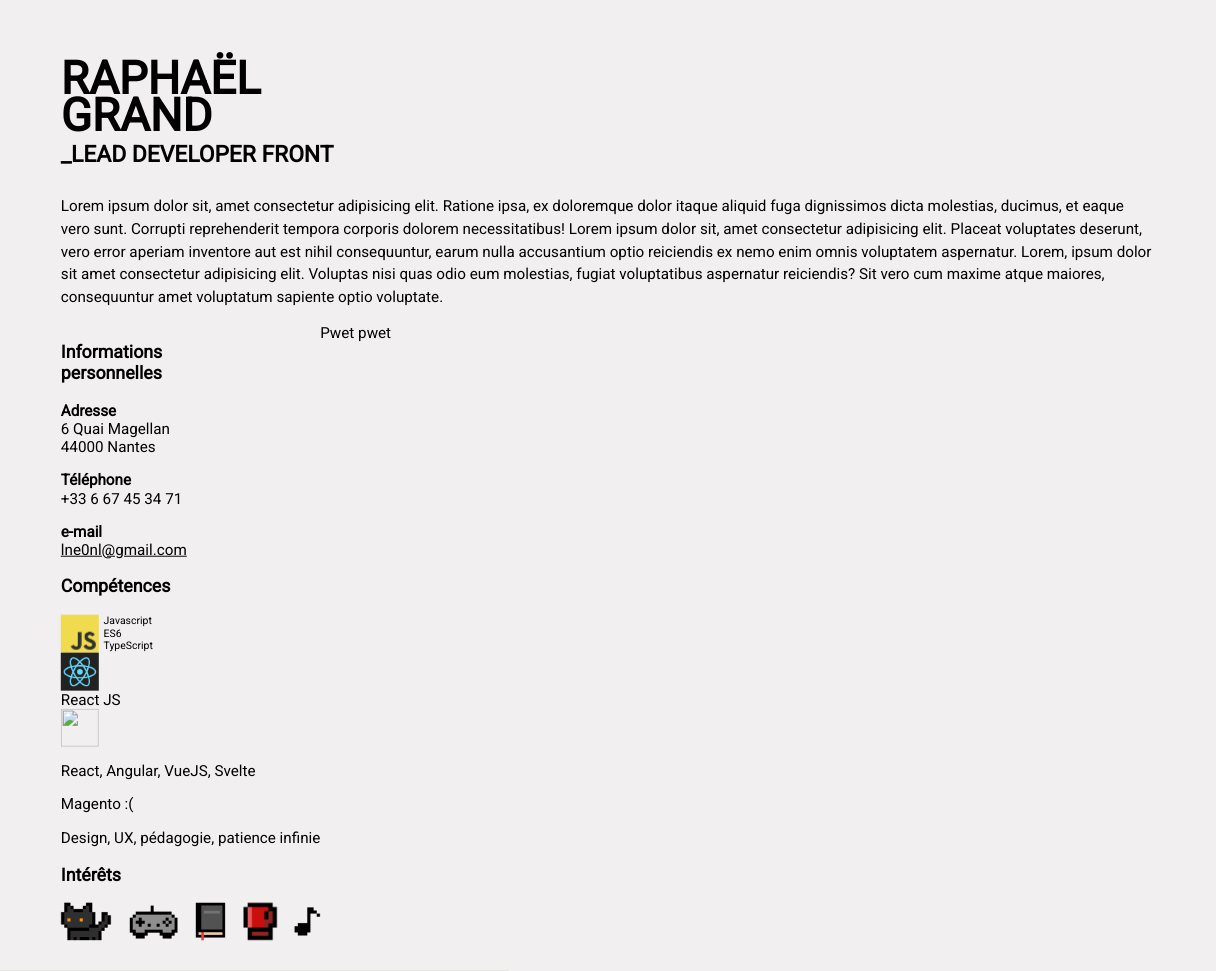
Repository: lne0nl/resume
Page: index.html
The author's editor kept a copy of each file at every save. The page is drawn from the files as they stood at one save, then again after the next save.
The browser window is 1280 px wide. The pictures show the whole page, at 95% of full size.
Pictures or frames that could not be fetched are drawn as grey boxes.

Above is the page before, as saved 2021-12-10 11:26:21.

### index.html
<!DOCTYPE html>
<html lang="fr">
  <head>
    <meta charset="UTF-8" />
    <meta http-equiv="X-UA-Compatible" content="IE=edge" />
    <meta name="viewport" content="width=device-width, initial-scale=1.0" />
    <link rel="preconnect" href="https://fonts.googleapis.com" />
    <link rel="preconnect" href="https://fonts.gstatic.com" crossorigin />
    <link
      href="https://fonts.googleapis.com/css2?family=Roboto&display=swap"
      rel="stylesheet"
    />
    <link rel="stylesheet" type="text/css" href="style.css" />
    <title>CV Raphaël GRAND</title>
  </head>
  <body>
    <header>
      <h1>Raphaël<br />GRAND</h1>
      <h2>_Lead developer front</h2>
      <p class="bio">
        Lorem ipsum dolor sit, amet consectetur adipisicing elit. Ratione ipsa,
        ex doloremque dolor itaque aliquid fuga dignissimos dicta molestias,
        ducimus, et eaque vero sunt. Corrupti reprehenderit tempora corporis
        dolorem necessitatibus! Lorem ipsum dolor sit, amet consectetur
        adipisicing elit. Placeat voluptates deserunt, vero error aperiam
        inventore aut est nihil consequuntur, earum nulla accusantium optio
        reiciendis ex nemo enim omnis voluptatem aspernatur. Lorem, ipsum dolor
        sit amet consectetur adipisicing elit. Voluptas nisi quas odio eum
        molestias, fugiat voluptatibus aspernatur reiciendis? Sit vero cum
        maxime atque maiores, consequuntur amet voluptatum sapiente optio
        voluptate.
      </p>
    </header>
    <div class="core">
      <section class="infos">
        <article>
          <h3>Informations<br />personnelles</h3>
          <ul>
            <li title="address">
              <b>Adresse</b><br />
              6 Quai Magellan<br />44000 Nantes
            </li>
            <li title="phone">
              <b>Téléphone</b><br />
              +33 6 67 45 34 71
            </li>
            <li title="mail">
              <b>e-mail</b><br />
              <a href="mailto:lne0nl@gmail.com">lne0nl@gmail.com</a>
            </li>
          </ul>
        </article>
        <article>
          <h3>Compétences</h3>
          <div class="skills">
            <img class="logo" src="images/js.png" alt="Javascript" title="Javascript">
            Javascript<br>ES6<br>TypeScript<br>
          </div>
          <div class="frameworks">
            <img class="logo" src="images/react.png" alt="React Js" title="React Js">
            React JS
            <img class="logo" src=""
          </div>
          <ul>
            <li>
            </li>
            <li>React, Angular, VueJS, Svelte</li>
            <li>Magento :(</li>
            <li>Design, UX, pédagogie, patience infinie</li>
          </ul>
        </article>
        <article>
          <h3>Intérêts</h3>
          <div class="interests">
            <img class="cat" src="images/cat.png" alt="animals" title="Animaux">
            <img class="pad" src="images/pad.png" alt="video games" title="Jeux Vidéo">
            <img class="book" src="images/book.png" alt="book" title="Littérature">
            <img class="glove" src="images/gloves.png" alt="boxing gloves" title="Boxe Française">
            <img class="note" src="images/music.png" alt="music" title="Musique">
          </div>
          <!-- <ul class="interests">
            <li title="Animaux"><img src="images/cat.png" alt="animals"></li>
            <li title="Jeux vidéo"><img src="images/pad.png" alt="video games"></li>
            <li title="Littérature">Littérature</li>
            <li title="Musique">Musique</li>
            <li title="Boxe Française">Boxe Française</li>
          </ul> -->
        </article>
      </section>
      <section class="resume">Pwet pwet</section>
    </div>
  </body>
</html>

### style.css
html {
  background-color: grey;
}

body {
  margin: 0 auto;
  padding: 2rem 4rem;
  max-width: 1280px;
  background-color: #f1efef;
  font-family: 'Roboto', sans-serif;
}

header {
  position: relative;
}

h1 {
  font-size: 3rem;
  line-height: 0.8;
  text-transform: uppercase;
}

h2 {
  text-align: right;
  position: absolute;
  top: 4rem;
  text-transform: uppercase;
}

a {
  text-decoration: underline;
  color: inherit;
}

a:visited {
  color: inherit;
}

.bio {
  padding-top: 2rem;
  line-height: 1.5;
}

ul {
  list-style: none;
  margin: 0;
  padding: 0;
}

li {
  margin-bottom: 1rem;
}

.core {
  display: flex;
}

.resume {
  flex: 1;
  /* background-color: yellow; */
}

.interests {
  display: flex;
  justify-content: space-between;
  align-items: center;
}

.interests img {
  margin-bottom: 0;
}

.cat {
  height: 40px;
}

.pad {
  height: 35px;
}

.book {
  height: 40px;
}

.glove {
  height: 40px;
}

.note {
  height: 30px;
}

.skills {
  font-size: 11px;
  display: flex;
}

.logo {
  display: block;
  margin-right: 5px;
  width: 40px;
  height: 40px;
}

After the next save:
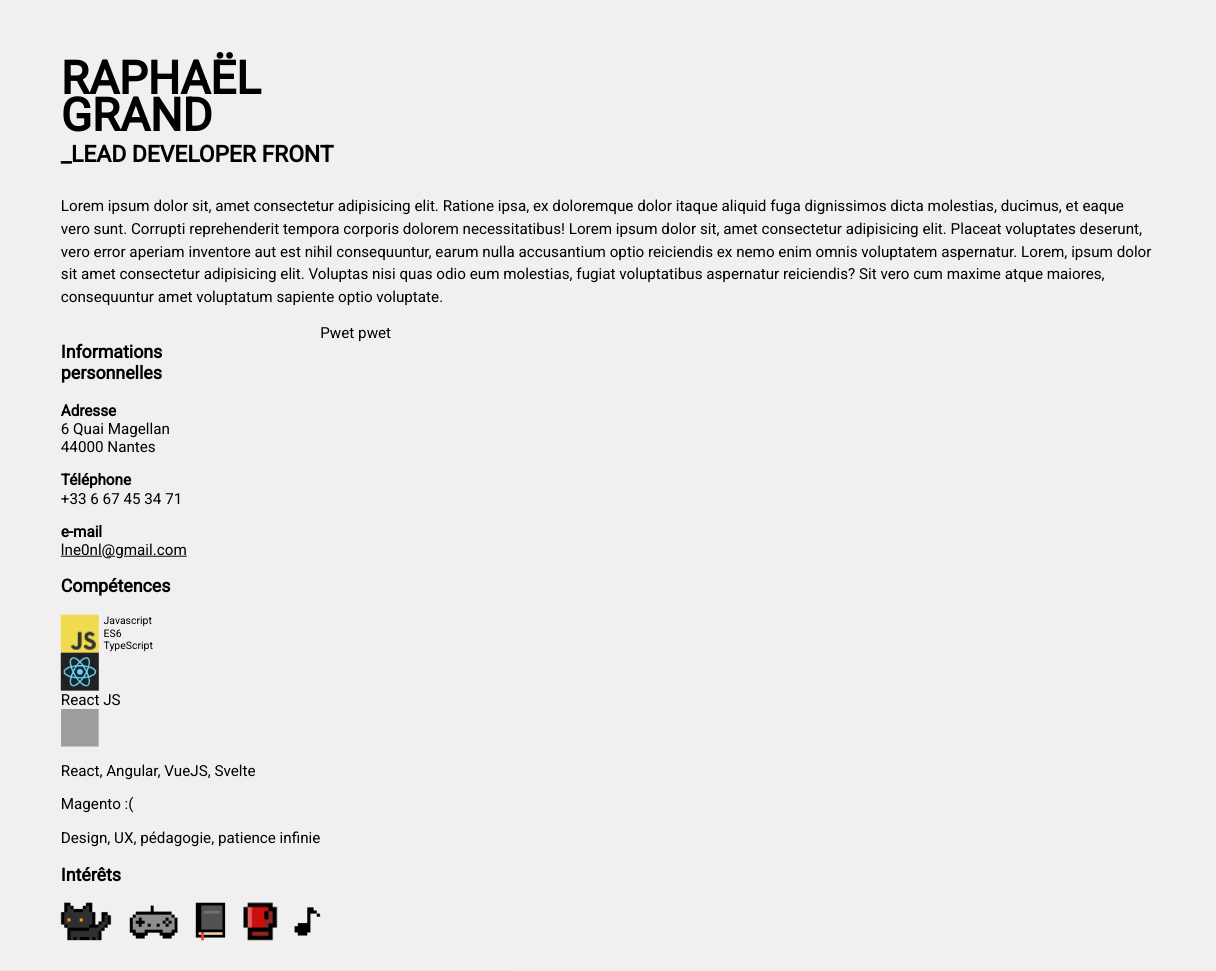
Saved 5 s later.
--- a/index.html
+++ b/index.html
@@ -59,7 +59,7 @@
           <div class="frameworks">
             <img class="logo" src="images/react.png" alt="React Js" title="React Js">
             React JS
-            <img class="logo" src=""
+            <img class="logo" src="images/an"
           </div>
           <ul>
             <li>
